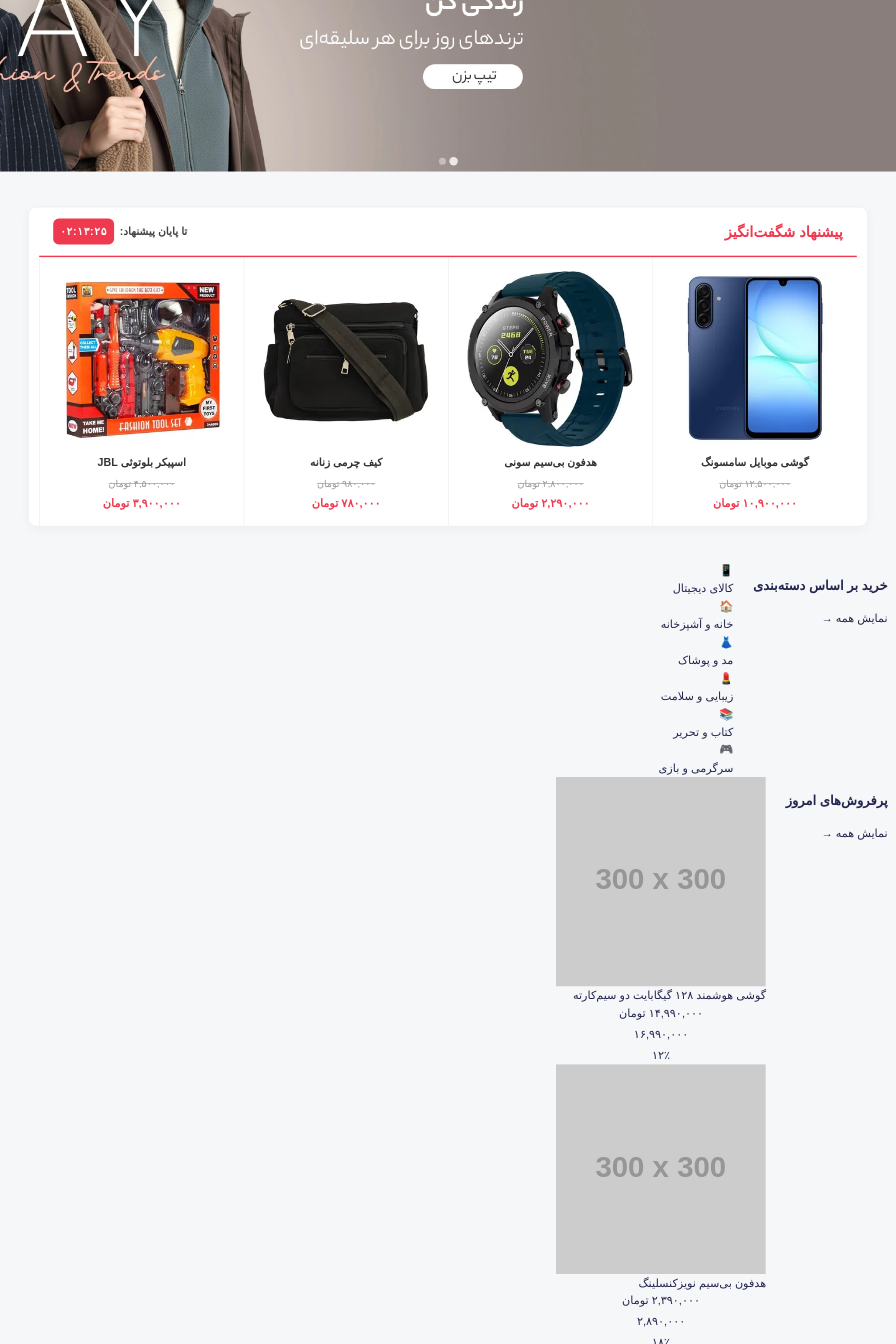
Repository: sarinaminiii-eng/digikala
Page: index.html
These files come from the project's save history. The page is drawn as it stood at one moment and after the next save; the edit follows.
The browser window is 1280 px wide. The pictures show the part of the page from y = 395 to 2315 px (the page is 4984 px tall before and 4427 px after), at 70% of full size.
Some web fonts or font styles are not loaded; a fallback is used.

Above is the page before, as saved 2025-10-13 13:26:00.

After the next save:
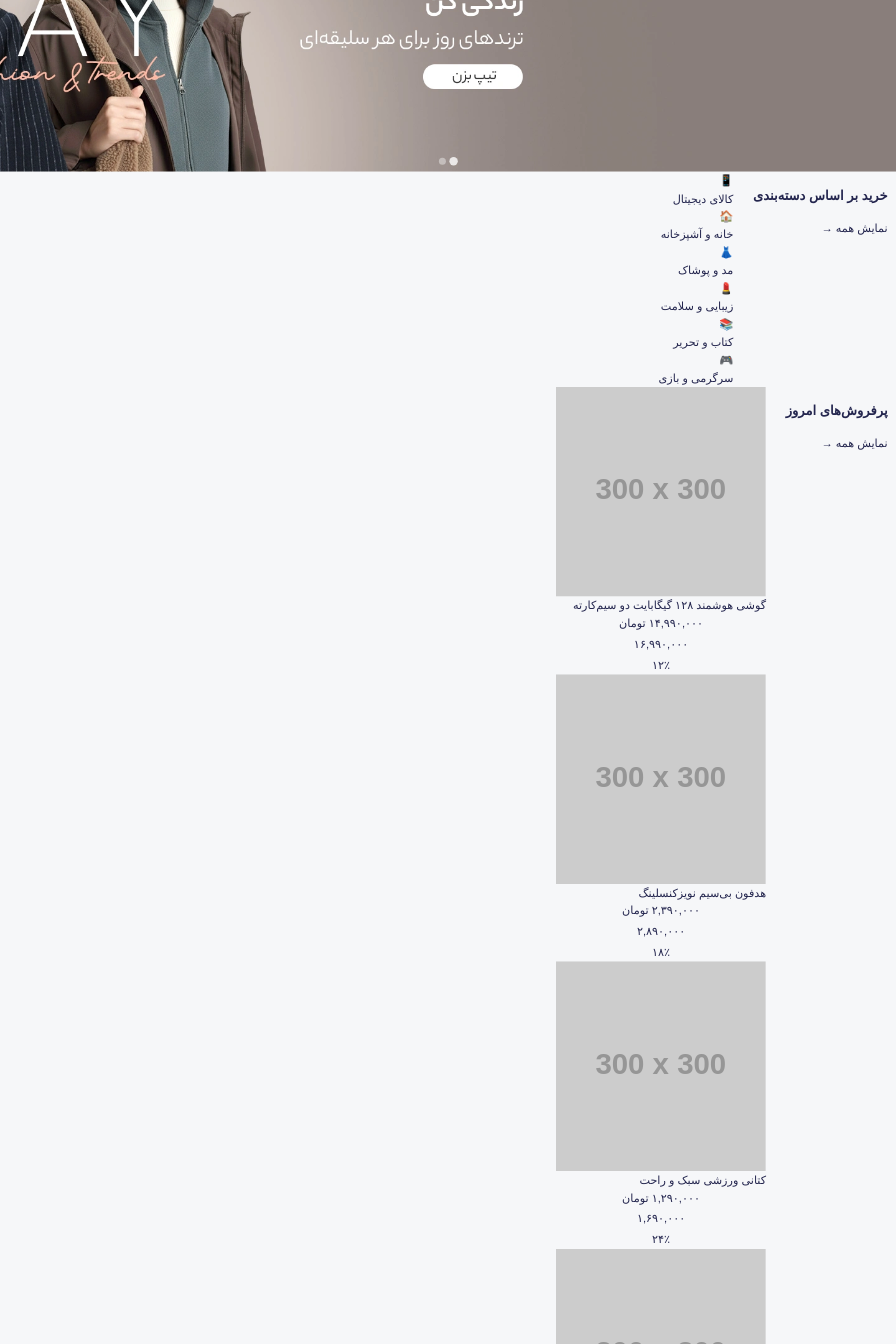
Saved 16 min 2 s later.
--- a/index.html
+++ b/index.html
@@ -192,55 +192,6 @@
 
 <!--AMAZING OFFERS-->
 
-  <section class="amazing-offers">
-  <div class="offers-header">
-    <h2>پیشنهاد شگفت‌انگیز</h2>
-    <div class="deal-timer-wrap">
-      <span class="deal-label">تا پایان پیشنهاد:</span>
-      <span class="deal-timer">۰۲:۱۳:۲۵</span>
-    </div>
-  </div>
-
-  <div class="offers-grid">
-    <div class="offer-card">
-      <img src="image/214714a4c7baea4b502d7efd9e71d8c596fca539_1758443046.webp" alt="محصول ۱">
-      <h3>گوشی موبایل سامسونگ</h3>
-      <div class="price">
-        <span class="old-price">۱۲,۵۰۰,۰۰۰ تومان</span>
-        <span class="new-price">۱۰,۹۰۰,۰۰۰ تومان</span>
-      </div>
-    </div>
-
-    <div class="offer-card">
-      <img src="image/234d4e363b91255ab37167e24ca6fbafa7a87a0f_1757800747.webp" alt="محصول ۲">
-      <h3>هدفون بی‌سیم سونی</h3>
-      <div class="price">
-        <span class="old-price">۲,۸۰۰,۰۰۰ تومان</span>
-        <span class="new-price">۲,۲۹۰,۰۰۰ تومان</span>
-      </div>
-    </div>
-
-    <div class="offer-card">
-      <img src="image/ab342aa8b7e655c9cb84d357534d3debe09e2834_1739890118.webp" alt="محصول ۳">
-      <h3>کیف چرمی زنانه</h3>
-      <div class="price">
-        <span class="old-price">۹۸۰,۰۰۰ تومان</span>
-        <span class="new-price">۷۸۰,۰۰۰ تومان</span>
-      </div>
-    </div>
-
-    <div class="offer-card">
-      <img src="image/36ae27130a19d0c6836d284d0f92d06653758e68_1619368860.webp" alt="محصول ۴">
-      <h3>اسپیکر بلوتوثی JBL</h3>
-      <div class="price">
-        <span class="old-price">۴,۵۰۰,۰۰۰ تومان</span>
-        <span class="new-price">۳,۹۰۰,۰۰۰ تومان</span>
-      </div>
-    </div>
-  </div>
-</section>
-
-
 
 </section>
 
